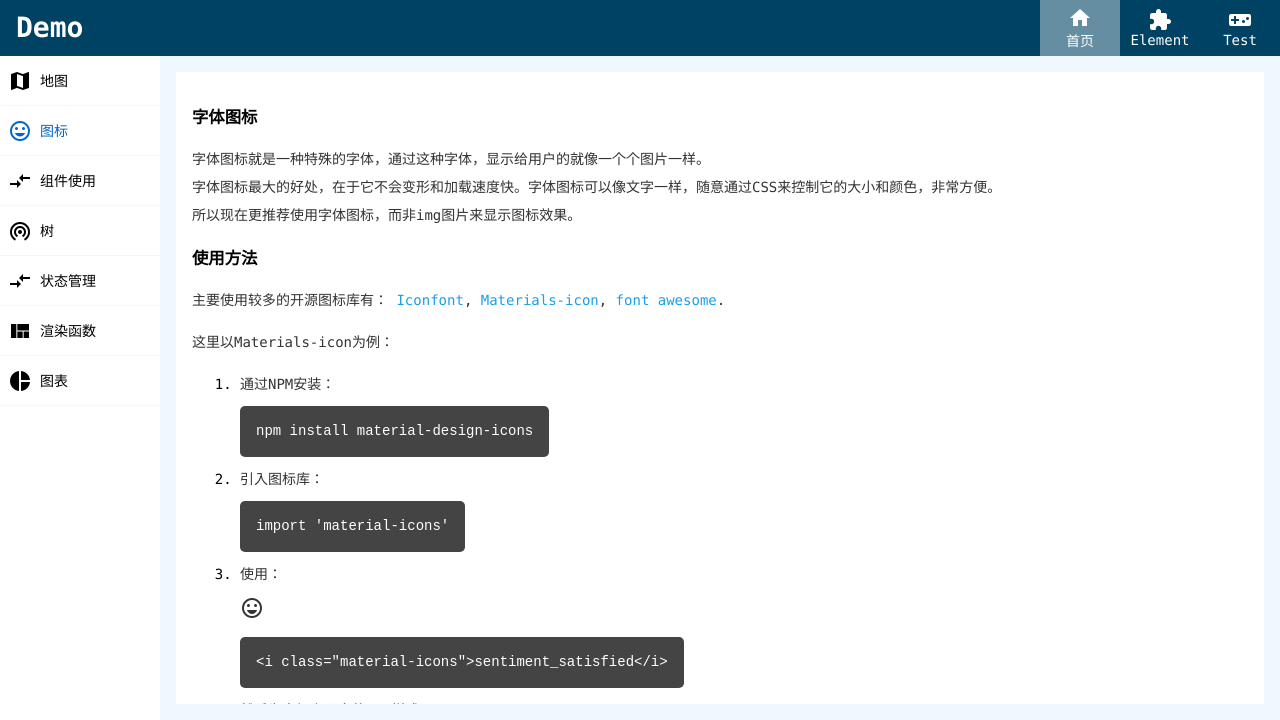
Repository: zh-webliker/element-vue
Page: /Main/Icon
The author's editor kept a copy of each file at every save. The page is drawn from the files as they stood at one save, then again after the next save.
The browser window is 1280 px wide. The pictures show the whole page.
An inner scrolling area shows only its first screen. The project was rebuilt for these pictures with package versions that can differ from the ones it lists, and the page was loaded fresh each time. Also part of the build but not shown: vue.config.js. Imported but missing from the stored project, and not drawn on this page: src/json/contour, src/json/hl.

Above is the page before, as saved 2020-09-11 10:53:06.

### public/index.html
<!DOCTYPE html>
<html lang="en">
  <head>
    <meta charset="utf-8">
    <meta http-equiv="X-UA-Compatible" content="IE=edge">
    <meta name="viewport" content="width=device-width,initial-scale=1.0">
    <link rel="icon" href="<%= BASE_URL %>favicon.ico">
    <title>demo</title>

  </head>
  <body>
    <noscript>
      <strong>We're sorry but demo doesn't work properly without JavaScript enabled. Please enable it to continue.</strong>
    </noscript>
    <div id="app"></div>
    <!-- built files will be auto injected -->
  </body>
</html>

### src/main.js
import Vue from 'vue'
import App from './App.vue'
import router from './router'
import store from './store/store'

import './style/style.scss'
import 'material-icons'


/***
 * 初始化axios
 * https://www.kancloud.cn/yunye/axios/234845
 */
import axios from 'axios'
axios.defaults.baseURL = process.env.NODE_ENV === 'production' ? '/' : '/api';
axios.defaults.headers.withCredentials = true;
Vue.prototype.$axios = axios;

// import './style/test.scss'

/**
 * element
 * */
import Element from 'element-ui'
import './style/element-variables.scss'
Vue.use(Element);


Vue.config.productionTip = false;

new Vue({
  router,
  store,
  render: h => h(App)
}).$mount('#app');

### src/App.vue
<template>
  <div id="app">

    <!--header标签和下面的nav标签，是H5新增的标签，相当于有语义的div-->
    <header class="header">

      <h1>{{appName}}</h1>

      <nav>

        <!--router-link是vue自带组件，用于项目内跳转，会编译成a标签-->
        <router-link to="/Main">
          <i class="material-icons">home</i>
          <span>首页</span>
        </router-link>
        <router-link to="/Element">
          <i class="material-icons">extension</i>
          <span>Element</span>
        </router-link>

        <router-link to="/Test">
          <i class="material-icons">videogame_asset</i>
          <span>Test</span>
        </router-link>
        <!--<router-link to="/">
          <i class="material-icons">logout</i>
          <span>退出</span>
        </router-link>-->
      </nav>
    </header>

    <router-view/>

  </div>
</template>

<script>
  const appName = "Demo";

  export default ({
    name: "App",
    data(){
      return {
        appName
      }
    }
  })

</script>

<style lang="scss">

</style>

### src/router.js
import Vue from 'vue'
import Router from 'vue-router'

Vue.use(Router);

export default new Router({
  mode: 'history',
  routes: [
    {
      path: "/",
      redirect: "/Main"
    },
    {
      name: "Main",
      path: "/Main",
      component: ()=> import('./views/main/Main.vue'),
      children: [
        {
          path: "/",
          redirect: "/Main/Map"
        },
        {
          //在router-link跳转中，如果路由设置了name，也可以用name替代path
          name: "Map",
          path: "/Main/Map",
          component: ()=> import('./views/main/Map.vue')
        },
        {
          name: "Icon",
          path: "/Main/Icon",
          component: ()=> import('./views/main/Icon.vue')
        },
        {
          name: "Tree",
          path: "/Main/Tree",
          component: ()=> import('./views/main/Tree.vue')
        },
        {
          name: "Storage",
          path: "/Main/Storage",
          component: ()=> import('./views/main/Storage.vue')
        },
        {
          name: "Storage2",
          path: "/Main/Storage2",
          component: ()=> import('./views/main/Storage2.vue')
        },
        {
          name: "Deliver",
          path: "/Main/Deliver",
          component: ()=> import('./views/main/Deliver.vue')
        },
        {
          name: "Charts",
          path: "/Main/Charts",
          component: ()=> import('./views/main/Charts.vue')
        }
      ]
    },
    {
      name: "Element",
      path: "/Element",
      component: ()=> import('./views/element/ElementMain.vue'),
      children: [
        {
          path: "/",
          redirect: "/Element/Table"
        },
        {
          name: "Table",
          path: "/Element/Table",
          component: ()=> import('./views/element/Table.vue'),
        },
        {
          name: "Tab",
          path: "/Element/Tab",
          component: ()=> import('./views/element/Tab.vue'),
        },
        {
          name: "Form",
          path: "/Element/Form",
          component: ()=> import('./views/element/Form.vue'),
        },
        {
          name: "Tree",
          path: "/Element/Tree",
          component: ()=> import('./views/element/Tree.vue'),
        }
      ]
    },

    {
      name: "Test",
      path: "/Test",
      component: ()=> import('./views/test/Test.vue'),
      redirect: "/Test/Mixin",

      children:[
        {
          name: "Mixin",
          path: "/Test/Mixin",
          component: ()=> import('./views/test/mixins/Index.vue')
        },
        {
          name: "DraggableModule",
          path: "/Test/DraggableModule",
          component: ()=> import('./views/test/draggable/DraggableModule.vue')
        }
      ]
    },

    //把404页面放到最后匹配剩下的全部页面
    {
      name: "404",
      path: "*",
      component: ()=> import('./views/404.vue'),
    }

  ]
})

### src/store/store.js
import Vue from 'vue'
import Vuex from 'vuex'

import StorageStore from './StorageStore'

Vue.use(Vuex);

export default new Vuex.Store({
  state: {

  },
  mutations: {

  },
  actions: {

  },

  //引入模组store
  modules: {
    storage: StorageStore
  }
})

### src/style/style.scss


/*theme*/
$primaryColor: #0065cb;
$primaryTextColor: white;
$primaryBgColor: #004264;
$bgColor: white;

/*global*/
a {
  text-decoration: none;
  color: inherit;
}
.page {
  position: absolute;
  top: 56px;
  bottom: 0;
  left: 0;
  right: 0;
  background-color: aliceblue;
}


/*body*/
body{
  padding: 0; margin: 0;
  font-family: 'Consolas', 'Microsoft YaHei UI';
  font-size: 14px;
}

/*header*/
header {
  background-color: $primaryBgColor;
  color: $primaryTextColor;
  padding: 0 16px;
  position: relative;
  height: 56px;

  h1 {
    margin: 0;
    line-height: 56px;
  }

  nav {
    position: absolute;
    right: 0;
    top: 0;
    height: 100%;
    cursor: pointer;
    display: flex;
    justify-content: center;

    a {
      display: inline-flex;
      width: 80px;
      height: 100%;
      justify-content: center;
      flex-direction: column;
      text-align: center;

      &:hover{
        background-color: rgba(255,255,255,0.1);
      }

      &.router-link-active{
        background-color: rgba(255,255,255,0.4);
      }
    }
  }
}

/*left navbar*/
.left-nav {
  position: absolute;
  width: 160px;
  top: 0;
  bottom: 0;
  left: 0;
  background-color: white;
  //color: $primaryTextColor;


  a {
    position: relative;
    display: flex;
    width: 100%;
    height: 50px;
    cursor: pointer;

    &:hover{
      //background-color: rgba(100,100,100,0.1);
      color: rgb(100,100,100);
    }
    &.router-link-active{
      //background-color: rgba(0,0,0,0.1);
      color: $primaryColor;
    }
    &:after{
      content: "";
      position: absolute;
      bottom: 0;
      width: 100%;
      height: 1px;
      //transform: scaleY(0.5);
      background-color: aliceblue;
    }

    i {
      line-height: 50px;
      width: 40px;
      text-align: center;
      font-size: 24px;
    }
    span {
      line-height: 50px;
      font-size: 14px;
    }

  }
}


.page-content {
  position: absolute;
  left: 160px;
  top: 0;
  bottom: 0;
  right: 0;
  //background-color: aliceblue;
  margin: 16px;
  padding: 16px;
  background-color: white;
  overflow-y: auto;
  overflow-x: auto;

  article{
    padding-bottom: 80px;
  }
}

### src/style/element-variables.scss
/* 改变主题色变量 */
$--color-primary: #00806a;

/* 改变 icon 字体路径变量，必需 */
$--font-path: '~element-ui/lib/theme-chalk/fonts';

@import "~element-ui/packages/theme-chalk/src/index";

.el-main>div:nth-child(2){
  padding: 16px;
}

### src/views/main/Main.vue
<template>
  <div class="page">

    <nav class="left-nav">
      <router-link to="Map">
        <i class="material-icons">map</i>
        <span>地图</span>
      </router-link>
      <router-link to="Icon">
        <i class="material-icons">insert_emoticon</i>
        <span>图标</span>
      </router-link>
      <router-link to="Storage2">
        <i class="material-icons">compare_arrows</i>
        <span>组件使用</span>
      </router-link>
      <router-link to="Tree">
        <i class="material-icons">wifi_tethering</i>
        <span>树</span>
      </router-link>
      <router-link to="Storage">
        <i class="material-icons">compare_arrows</i>
        <span>状态管理</span>
      </router-link>
      <router-link to="Deliver">
        <i class="material-icons">view_quilt</i>
        <span>渲染函数</span>
      </router-link>
      <router-link to="Charts">
        <i class="material-icons">pie_chart</i>
        <span>图表</span>
      </router-link>
    </nav>

    <div class="page-content">
      <router-view/>
    </div>
  </div>
</template>

<script>
  export default {
    name: "Main"
  }
</script>

<style scoped>

</style>

### src/views/main/Icon.vue
<template>
  <article>
    <h3>字体图标</h3>
    <p>
      字体图标就是一种特殊的字体，通过这种字体，显示给用户的就像一个个图片一样。
      <br/>
      字体图标最大的好处，在于它不会变形和加载速度快。字体图标可以像文字一样，随意通过CSS来控制它的大小和颜色，非常方便。
      <br/>
      所以现在更推荐使用字体图标，而非img图片来显示图标效果。
    </p>

    <h3>使用方法</h3>
    <p>
      主要使用较多的开源图标库有：
      <a href="https://www.iconfont.cn/" target="_blank">Iconfont</a>,
      <a href="https://material.io/tools/icons/" target="_blank">Materials-icon</a>,
      <a href="https://fontawesome.com/icons?d=gallery" target="_blank">font awesome</a>.
    </p>
    <p>
      这里以Materials-icon为例：
    </p>
    <ol>
      <li>
        <p>通过NPM安装：</p>
        <code>npm install material-design-icons</code>
      </li>
      <li>
        <p>引入图标库：</p>
        <code>import 'material-icons'</code>
      </li>
      <li>
        <p>使用：</p>
        <p><i class="material-icons">sentiment_very_satisfied</i></p>
        <code>
          &#60;i class="material-icons"&#62;sentiment_satisfied&#60;/i&#62;
        </code>
      </li>
      <li>
        <p>然后为它加上更多的css样式：</p>
        <p>
          <i class="material-icons" style="color: deepskyblue;">sentiment_satisfied</i>
          <i class="material-icons" style="color: orange; font-size: 36px;">sentiment_dissatisfied</i>
          <i class="material-icons" style="color: red; font-size: 50px; font-weight: bolder;">sentiment_very_dissatisfied</i>
        </p>
        <code>
          &#60;i class="material-icons" style="color: deepskyblue;"&#62;sentiment_satisfied&#60;/i&#62;
          <br/>
          &#60;i class="material-icons" style="color: orange; font-size: 36px;"&#62;sentiment_dissatisfied&#60;/i&#62;
          <br/>
          &#60;i class="material-icons" style="color: red; font-size: 50px; font-weight: bolder;"&#62;sentiment_very_dissatisfied&#60;/i&#62;
        </code>
      </li>
    </ol>

    <h3>使用Iconfont下载更多图标</h3>
    <ol>
      <li>
        打开<a href="https://www.iconfont.cn/" target="_blank">Iconfont</a>，搜索想要的图标。
      </li>
      <li>
        将鼠标在心仪的图标上，会出现三个选项，选择第一个：添加入库。
      </li>
      <li>
        此时右上角的购物车图标会出现已添加入库的数量，点击购物车，网页右边出现抽屉组件，显示当前已选择的图标。
      </li>
      <li>
        点击：添加至项目，会出现登录用户下的项目列表，也可以新建项目。
      </li>
      <li>
        添加完成后，在顶部导航栏中选择图标管理——我的项目，查看需要使用的项目。
      </li>
      <li>
        有两种方式可以将图标库添加至项目：在线/离线。
        <ul>
          <li>
            在线：点击查看在线链接，左侧会出现三个tab，选择Font class和Symbol，分别对应css文件和js文件。直接复制链接然后分别import即可。
          </li>
          <li>
            离线：点击下载至本地，将压缩包解压至项目目录中（最好新建一个font文件夹），分别import即可。
          </li>
        </ul>
      </li>
      <li>
        项目导入以后，就可以使用项目中的图标了。在想要使用的图标上选择复制代码，内容如下：
        <p><code>icon-piechart-circle-fil</code></p>
        完整的Iconfont图标代码：
        <p><code>&#60;i class="iconfont icon-piechart-circle-fil"&#62;&#60;/i&#62;</code></p>
      </li>
      <li>
        注意：每当更改项目中的图标，需要重新生成链接，或者重新下载覆盖原文件才能生效。
      </li>
    </ol>
  </article>
</template>

<script>
  export default {
    name: "Icon"
  }
</script>

<style scoped>
  p { line-height: 2em; color: #333333; }
  p a { color: #1b9de8; }
  code { padding: 8px 16px; background: #444444; color: white; border-radius: 5px; width: auto; line-height: 2.5em; display: inline-block;}
  ol li { margin: 8px; }
  ol li p { margin: 8px 0; }
</style>

### src/store/StorageStore.js

//vuex store 模块
//https://vuex.vuejs.org/zh/guide/modules.html

export default {

  //开启命名空间
  namespaced: true,

  //状态
  state: {
    "storageText": "请输入一些文字",
    "storageTime": 0
  },

  //set操作
  mutations: {
    setText: (state, text)=> state.storageText = text,
    setTime: (state, time)=> state.storageTime = time
  },

  //批量操作，可以执行异步
  actions: {
    setStorage(context, obj){
      context.commit('setText', obj.text);
      context.commit('setTime', obj.time);
    }
  },

  //get操作
  getters:{
    getText(state) {
      return state.storageText;
    },
    getTime(state) {
      return state.storageTime;
    },
    getNextTime(state){
      return state.storageTime + 60;
    }
  }
}

After the next save:
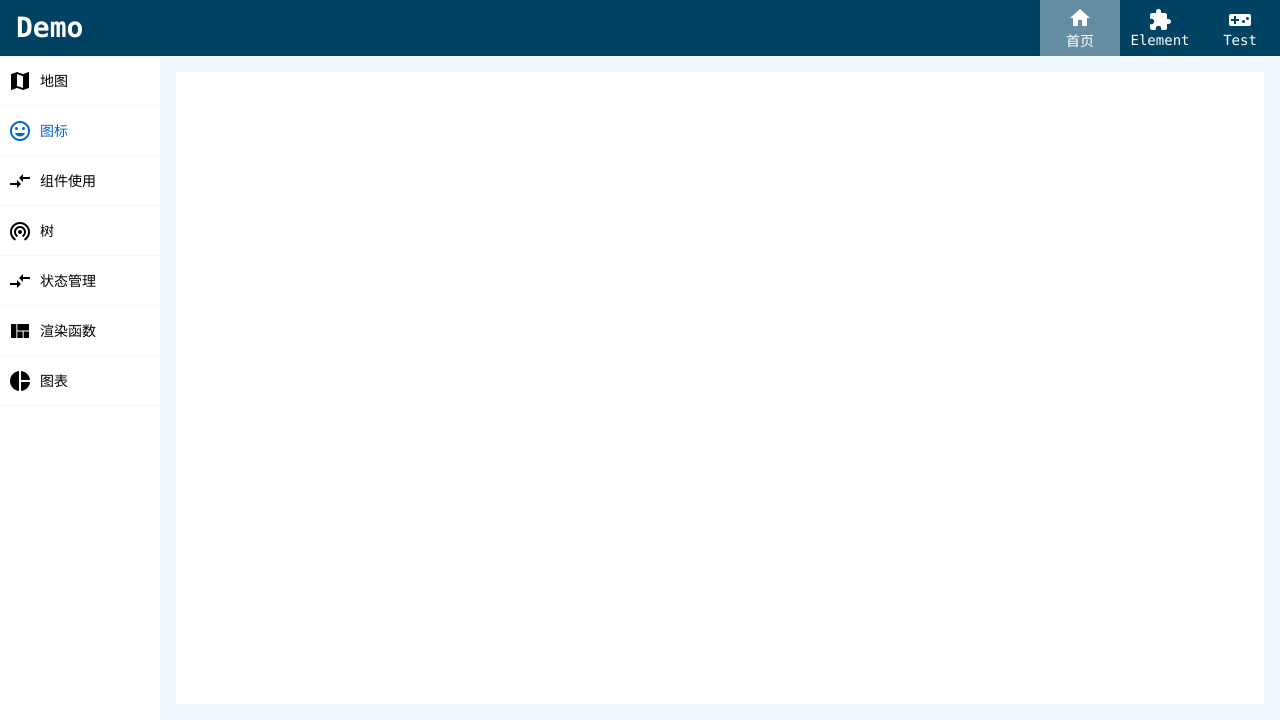
Saved 3 h 21 min later.
--- a/src/views/main/Icon.vue
+++ b/src/views/main/Icon.vue
@@ -1,96 +1,5 @@
 <template>
-  <article>
-    <h3>字体图标</h3>
-    <p>
-      字体图标就是一种特殊的字体，通过这种字体，显示给用户的就像一个个图片一样。
-      <br/>
-      字体图标最大的好处，在于它不会变形和加载速度快。字体图标可以像文字一样，随意通过CSS来控制它的大小和颜色，非常方便。
-      <br/>
-      所以现在更推荐使用字体图标，而非img图片来显示图标效果。
-    </p>
-
-    <h3>使用方法</h3>
-    <p>
-      主要使用较多的开源图标库有：
-      <a href="https://www.iconfont.cn/" target="_blank">Iconfont</a>,
-      <a href="https://material.io/tools/icons/" target="_blank">Materials-icon</a>,
-      <a href="https://fontawesome.com/icons?d=gallery" target="_blank">font awesome</a>.
-    </p>
-    <p>
-      这里以Materials-icon为例：
-    </p>
-    <ol>
-      <li>
-        <p>通过NPM安装：</p>
-        <code>npm install material-design-icons</code>
-      </li>
-      <li>
-        <p>引入图标库：</p>
-        <code>import 'material-icons'</code>
-      </li>
-      <li>
-        <p>使用：</p>
-        <p><i class="material-icons">sentiment_very_satisfied</i></p>
-        <code>
-          &#60;i class="material-icons"&#62;sentiment_satisfied&#60;/i&#62;
-        </code>
-      </li>
-      <li>
-        <p>然后为它加上更多的css样式：</p>
-        <p>
-          <i class="material-icons" style="color: deepskyblue;">sentiment_satisfied</i>
-          <i class="material-icons" style="color: orange; font-size: 36px;">sentiment_dissatisfied</i>
-          <i class="material-icons" style="color: red; font-size: 50px; font-weight: bolder;">sentiment_very_dissatisfied</i>
-        </p>
-        <code>
-          &#60;i class="material-icons" style="color: deepskyblue;"&#62;sentiment_satisfied&#60;/i&#62;
-          <br/>
-          &#60;i class="material-icons" style="color: orange; font-size: 36px;"&#62;sentiment_dissatisfied&#60;/i&#62;
-          <br/>
-          &#60;i class="material-icons" style="color: red; font-size: 50px; font-weight: bolder;"&#62;sentiment_very_dissatisfied&#60;/i&#62;
-        </code>
-      </li>
-    </ol>
-
-    <h3>使用Iconfont下载更多图标</h3>
-    <ol>
-      <li>
-        打开<a href="https://www.iconfont.cn/" target="_blank">Iconfont</a>，搜索想要的图标。
-      </li>
-      <li>
-        将鼠标在心仪的图标上，会出现三个选项，选择第一个：添加入库。
-      </li>
-      <li>
-        此时右上角的购物车图标会出现已添加入库的数量，点击购物车，网页右边出现抽屉组件，显示当前已选择的图标。
-      </li>
-      <li>
-        点击：添加至项目，会出现登录用户下的项目列表，也可以新建项目。
-      </li>
-      <li>
-        添加完成后，在顶部导航栏中选择图标管理——我的项目，查看需要使用的项目。
-      </li>
-      <li>
-        有两种方式可以将图标库添加至项目：在线/离线。
-        <ul>
-          <li>
-            在线：点击查看在线链接，左侧会出现三个tab，选择Font class和Symbol，分别对应css文件和js文件。直接复制链接然后分别import即可。
-          </li>
-          <li>
-            离线：点击下载至本地，将压缩包解压至项目目录中（最好新建一个font文件夹），分别import即可。
-          </li>
-        </ul>
-      </li>
-      <li>
-        项目导入以后，就可以使用项目中的图标了。在想要使用的图标上选择复制代码，内容如下：
-        <p><code>icon-piechart-circle-fil</code></p>
-        完整的Iconfont图标代码：
-        <p><code>&#60;i class="iconfont icon-piechart-circle-fil"&#62;&#60;/i&#62;</code></p>
-      </li>
-      <li>
-        注意：每当更改项目中的图标，需要重新生成链接，或者重新下载覆盖原文件才能生效。
-      </li>
-    </ol>
-  </article>
+  <div></div>
 </template>
 
 <script>
@@ -100,9 +9,4 @@
 </script>
 
 <style scoped>
-  p { line-height: 2em; color: #333333; }
-  p a { color: #1b9de8; }
-  code { padding: 8px 16px; background: #444444; color: white; border-radius: 5px; width: auto; line-height: 2.5em; display: inline-block;}
-  ol li { margin: 8px; }
-  ol li p { margin: 8px 0; }
 </style>
